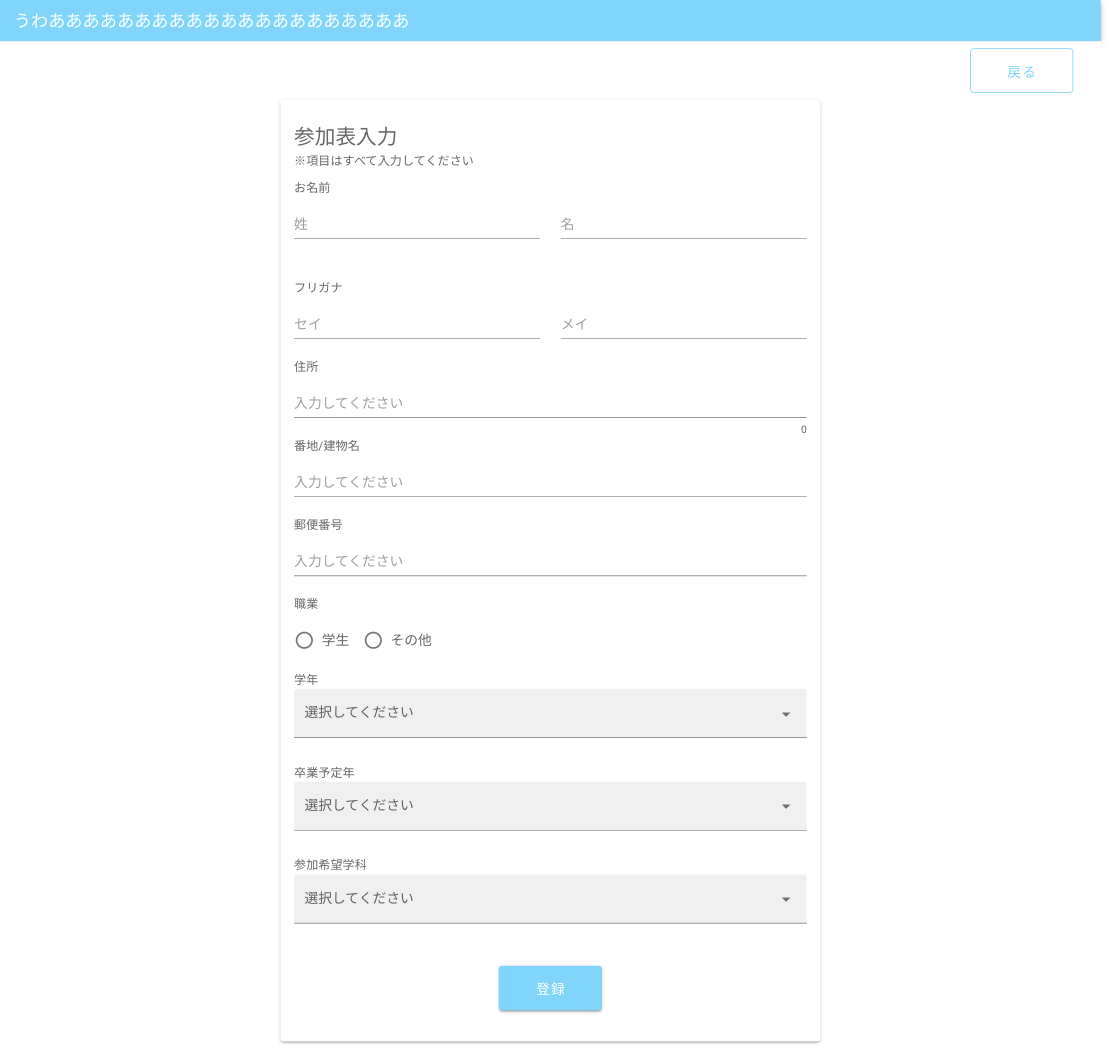
Repository: taniwhy/open-campus-system
Page: /#/register (app in client_view/)
The author's editor kept a copy of each file at every save. The page is drawn from the files as they stood at one save, then again after the next save.
The browser window is 1280 px wide. The page is 1292 px wide, so the pictures cover 1292 px, including what lies to the right of the window. The pictures show the whole page, at 86% of full size.
The project was rebuilt for these pictures with package versions that can differ from the ones it lists, and the page was loaded fresh each time. Also part of the build but not shown: client_view/vue.config.js, client_view/src/components/Home.vue, client_view/src/components/Login.vue, client_view/src/components/Branch.vue.

Above is the page before, as saved 2019-11-28 11:23:26.

After the next save:
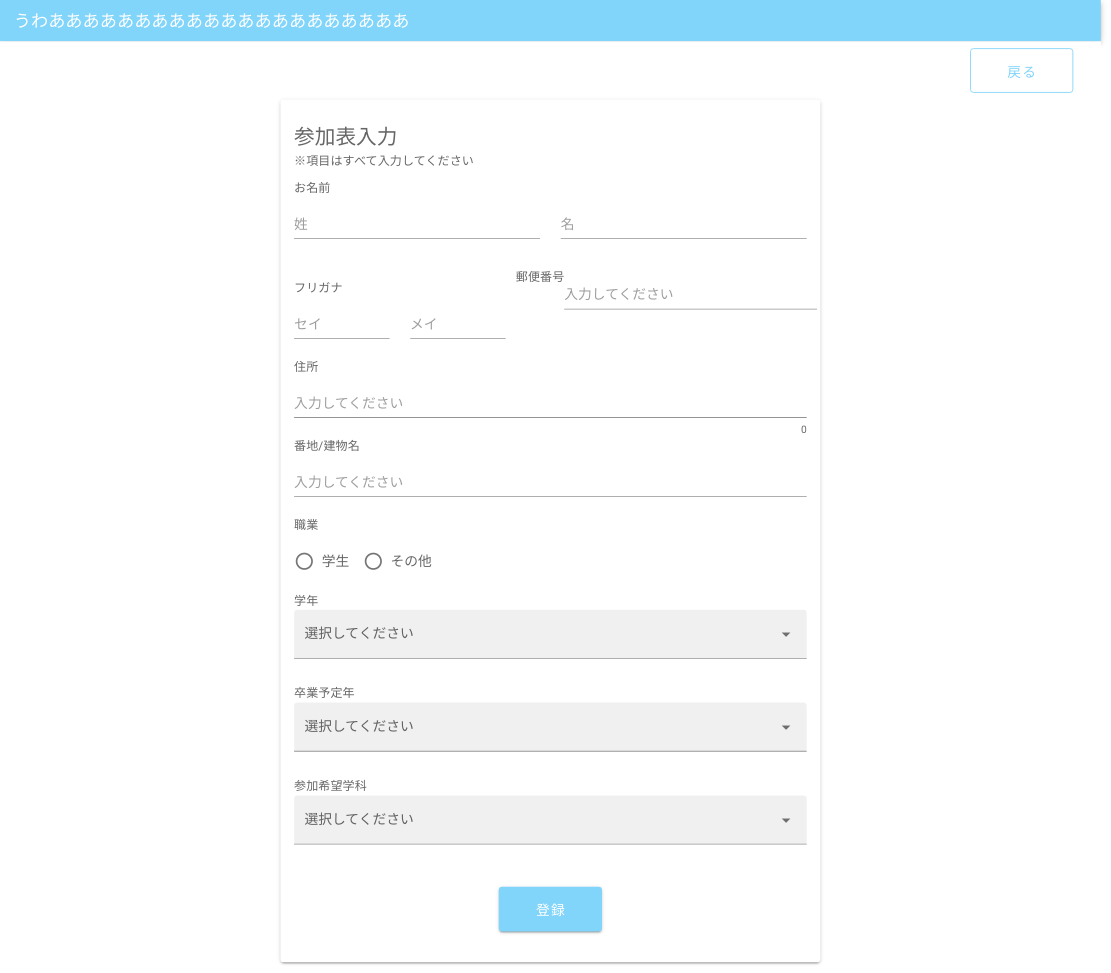
Saved 91 s later.
--- a/client_view/src/components/Register.vue
+++ b/client_view/src/components/Register.vue
@@ -85,7 +85,8 @@
                   placeholder="メイ"
                   required
                 ></v-text-field>
-              </v-col>
+              </v-col>郵便番号
+              <v-text-field :rules="[() => !!zip || '※入力されていません']" required placeholder="入力してください"></v-text-field>
             </v-row>住所
             <v-text-field
               v-model="address"
@@ -98,7 +99,6 @@
               counter
               required
             ></v-text-field>番地/建物名
-            <v-text-field :rules="[() => !!zip || '※入力されていません']" required placeholder="入力してください"></v-text-field>郵便番号
             <v-text-field
               ref="zip"
               v-model="zip"

After the save that followed:
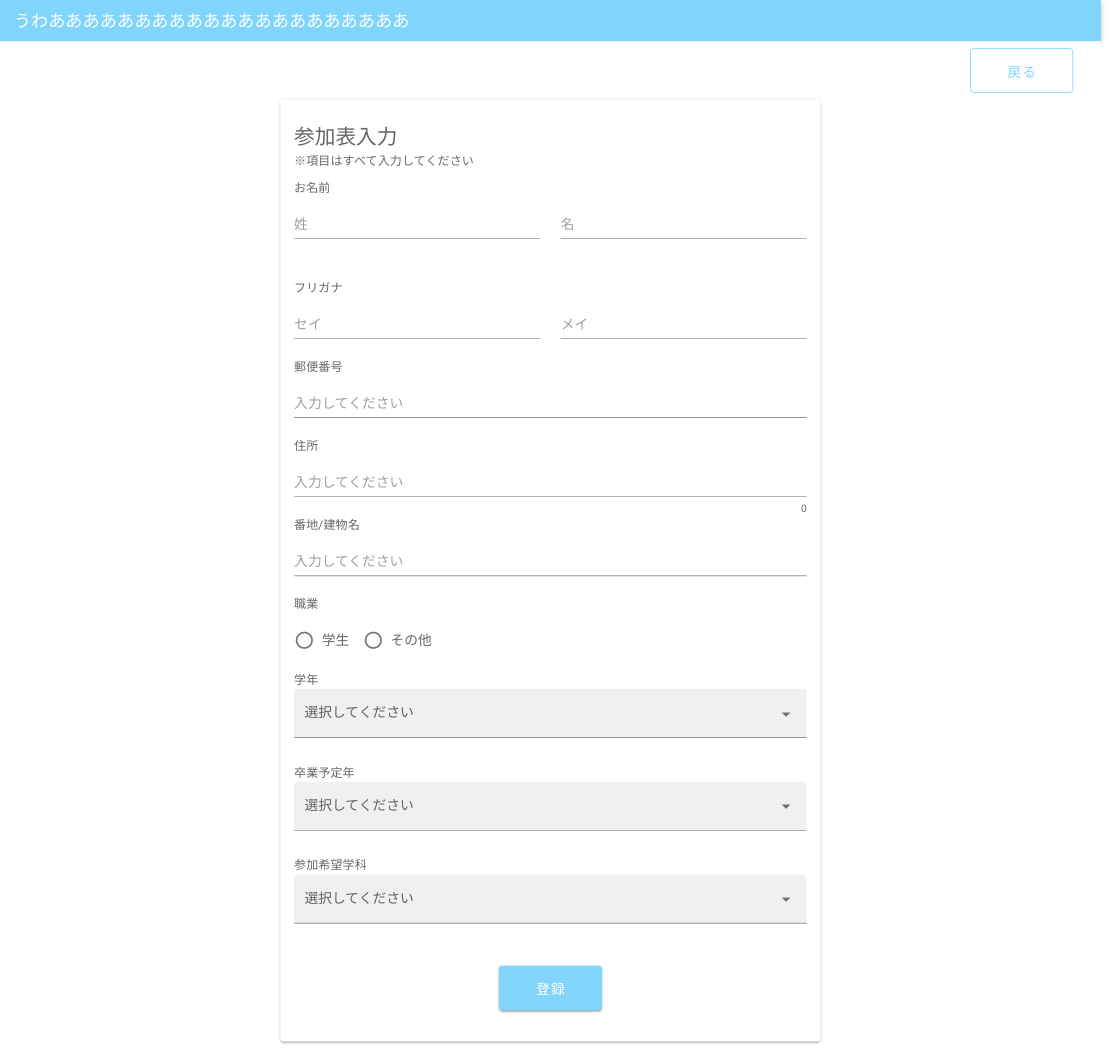
Saved 28 s later.
--- a/client_view/src/components/Register.vue
+++ b/client_view/src/components/Register.vue
@@ -85,9 +85,9 @@
                   placeholder="メイ"
                   required
                 ></v-text-field>
-              </v-col>郵便番号
-              <v-text-field :rules="[() => !!zip || '※入力されていません']" required placeholder="入力してください"></v-text-field>
-            </v-row>住所
+              </v-col>
+            </v-row>郵便番号
+            <v-text-field :rules="[() => !!zip || '※入力されていません']" required placeholder="入力してください"></v-text-field>住所
             <v-text-field
               v-model="address"
               :rules="[
